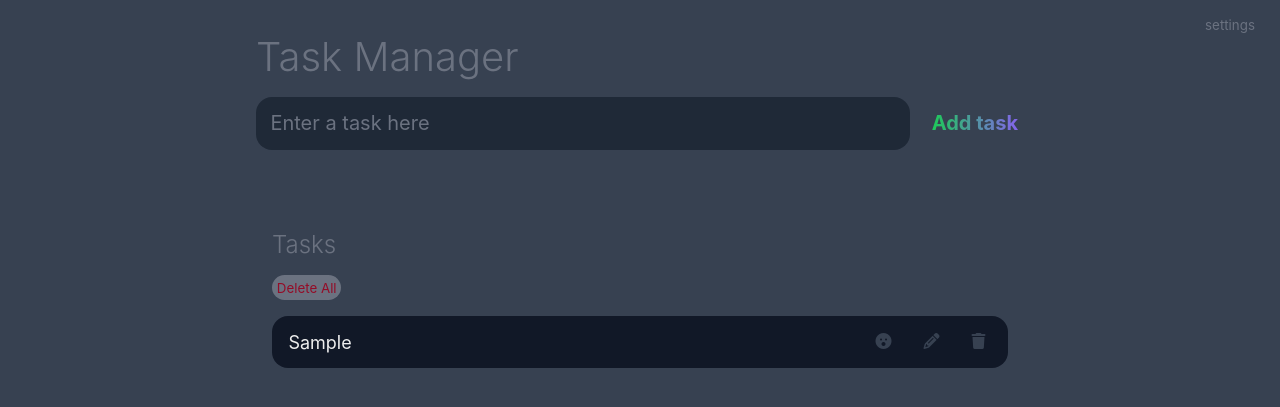
Repository: Herschenglime/todo-list-exercise
Page: index.html
The author's editor kept a copy of each file at every save. The page is drawn from the files as they stood at one save, then again after the next save.
The browser window is 1280 px wide. The pictures show the whole page.
Empty fields were first filled with sample values (such as "Sample", 5 or name@example.com).
After loading, the first visible `#new-task-form` was submitted once.
Some web libraries are served in a nearby version.

Above is the page before, as saved 2022-05-27 18:39:44.

### index.html
<!DOCTYPE html>
<html lang="en">
<head>
    <meta charset="UTF-8">
    <meta http-equiv="X-UA-Compatible" content="IE=edge">
    <meta name="viewport" content="width=device-width, initial-scale=1.0">
    <title>Task Manager</title>
    <link rel="stylesheet" href="sytles.css">
    <script src="https://kit.fontawesome.com/8f66459c5a.js" crossorigin="anonymous"></script>
</head>
<body>
    <nav class="navbar">
        <div class="navbar__container">
            <button id="settings" onclick="toggleSettings()"> settings </button>
        </div>
    </nav>

    <header>
        <h1>Task Manager</h1>
        <form id="new-task-form">
            <input
                type="text"
                id="new-task-input"
                placeholder="Enter a task here" />
            <input
                type="submit"
                id="new-task-submit"
                value="Add task" />
        </form>
    </header>

    <main>
        <section class="task-list">
            <h2>Tasks</h2>
            <div class="overall">
                <button id="delete_all">Delete All</button>
                <button id="print_all">Print All</button>
                <button id="drawTasks_button">drawTasks()</button>

            </div>

            <div id="tasks"></div>
        </section>

    <div class="popup" id="settings_popup">
        <div class="overlay" onclick="toggleSettings()"></div>
        <div class="content">
            <div class="close_button" onclick="toggleSettings()">&times;</div>
            <h1>Allow Duplicates?</h1>
            <p1>Automatically delete duplicate entries?</p1>
            <div class="buttons">
                <button id="toggle_duplicates" onclick="toggleDuplicates()">toggle duplicates</button>
                <button id="joke_button">tell me a joke</button>
            </div>
        </div>
    </div>

    <script src="app.js"></script>
</body>
</html>

### sytles.css
:root {
    --dark: #374151;
    --darker: #1f2937;
    --darkest: #111827;
    --gray: #6b7280;
    --light: #EEE;
    --pink: #EC4899;
    --purple: #8B5Cf6;
    --green: #16d14e;
    --red: rgb(148, 12, 39);
}

* {
    box-sizing: border-box;
    margin: 0;
    font-family: -apple-system, BlinkMacSystemFont, 'Segoe UI', Roboto, Oxygen, Ubuntu, Cantarell, 'Open Sans', 'Helvetica Neue', sans-serif;
}

body {
    display: flex;
    flex-direction: column;
    min-height: 100vh;
    background: var(--dark);
    color: white;
}

header {
    padding: 2rem 1rem;
    max-width: 800px;
    width: 100%;
    margin: 0 auto;
}

header h1 {
    font-size: 2.5rem;
    font-weight: 300;
    color: var(--gray);
    margin-bottom: 1rem;
}

#new-task-form {
    display: flex;
}

input, button {
    appearance: none;
    border: none;
    outline: none;
    background: none;
}

#new-task-input {
    flex: 1 1 0%;
    background-color: var(--darker);
    padding: .9rem;
    border-radius: 1rem;
    margin-right: 1rem;
    color: var(--light);
    font-size: 1.25rem;
}

#new-task-input::placeholder {
    color: var(--gray);
}

#new-task-submit {
    color: var(--green);
    font-size: 1.25rem;
    font-weight: 700;
    background-image: linear-gradient(to right, var(--green), var(--purple));
    -webkit-background-clip: text;
    background-clip: text;
    -webkit-text-fill-color: transparent;
    cursor: pointer;
}

#new-task-submit:hover {
    opacity: 0.8;
}

#new-task-submit:active {
    opacity: 0.67;
}

#settings {
    color: var(--gray);
    position: absolute;
    margin-top: 1rem;
    right: 0px;
    width: 100px;
    cursor: pointer;
}

#settings:hover {
    opacity: 0.8;
}

#settings:active {
    opacity: 0.67;
}

.popup .overlay {
    position:fixed;
    top: 0rem;
    left: 0rem;
    width: 100vw;
    height: 100vh;
    background: rgba(0, 0, 0, 0.7);
    z-index: 1;
    display: none;
}

.popup .content {
    position: absolute;
    top: 50%;
    left: 50%;
    transform: translate(-50%, -50%) scale(0);
    background: var(--gray);
    width: 35rem;
    height: 43rem;
    z-index: 2;
    text-align: center;
    padding: 2rem;
    box-sizing: border-box;
}

.popup .close_button {
    cursor: pointer;
    position: absolute;
    right: 1.5rem;
    top: 1.5rem;
    width: 2rem;
    height: 2rem;
    background: var(--darker);
    color: var(--white);
    font-size: 1.5rem;
    font-weight: .6rem;
    line-height: 2rem;
    text-align: center;
}

.popup.active .overlay {
    display:block;
}

.popup.active .content {
    transition: all 85ms ease-in-out;
    transform: translate(-50%, -50%) scale(1);
}

.popup .content .buttons #toggle_duplicates,#joke_button{
    border-radius: 1rem;
    background-color: var(--darker);
    color: var(--light);
    margin-top: 1rem;
    padding: .5rem;
    cursor: pointer;
    display: block;
    justify-content: center;
    align-items: center;

}


.overall #delete_all {
    color: var(--red);
    background-color: var(--gray);
    padding: .3rem;
    border-radius: .8rem;
    margin-right: .5rem;
    margin-bottom: 1rem;
    cursor: pointer;
}

.overall #delete_all:hover {
    opacity: 0.8;
}

.overall #delete_all:active {
    opacity: 0.67;
}
.overall #print_all {
    color: var(--green);
    background-color: var(--gray);
    padding: .3rem;
    border-radius: .8rem;
    margin-bottom: 1rem;
    cursor: pointer;
    display: none;
}

.overall #print_all:hover {
    opacity: 0.8;
}

.overall #print_all:active {
    opacity: 0.67;
}

.overall #drawTasks_button {
    color: yellow;
    background-color: var(--gray);
    padding: .3rem;
    border-radius: .8rem;
    margin-bottom: 1rem;
    margin-left: .5rem;
    cursor: pointer;
    display: none;
}

.overall #drawTasks_button:hover {
    opacity: 0.8;
}

.overall #drawTasks_button:active {
    opacity: 0.67;
}

main {
    flex: 1 1 0%;
    padding: 2rem 1rem;
    max-width: 800px;
    width: 100%;
    margin: 0 auto;
}

.task-list {
    padding: 1rem;
}

.task-list h2 {
    font-size: 1.5rem;
    font-weight: 300;
    color: var(--gray);
    margin-bottom: 1rem;
}

#tasks .task {
    display: flex;
    justify-content: space-between;
    background-color: var(--darkest);
    padding: .9rem;
    border-radius: 1rem;
    margin-bottom: 1rem;
}

#tasks .task .content {
    flex: 1 1 0%;
}

#tasks .task .content .text {
    color: var(--light);
    font-size: 1.125rem;
    width: 100%;
    display: block;
}

#tasks .task .content .text:not(:read-only) {
    color: var(--green);
}

#tasks .task .actions {
    display: flex;
    margin: 0 -0.5rem;
}

.task .actions button {
    cursor: pointer;
    margin: 0 0.5rem;
    font-size: 1.125rem;
    font-weight: 700;
    text-transform: uppercase;
}

.task .actions button:hover {
    opacity: 0.8;
}

.task .actions button:active {
    opacity: 0.67;
}

.task .actions .edit {
    color: var(--gray);
}

.task .actions .delete {
    color: var(--red);
}

.fa-face-surprise {
    color: var(--dark);
    margin-left: 1rem;
    margin-right: 1rem;
    cursor: pointer;
}

.fa-face-surprise:hover {
    opacity: 0.5;
    color: var(--light);
}

.fa-face-surprise:active {
    opacity: 0.67;
}

.fa-pencil {
    color: var(--dark);
    margin-left: 1rem;
    margin-right: 1rem;
    cursor: pointer;
}


.fa-pencil:hover {
    opacity: 0.5;
    color: var(--light);
}

.fa-pencil:active {
    opacity: 0.67;
}

.fa-trash {
    color: var(--dark);
    margin-left: 1rem;
    margin-right: 1rem;
    cursor: pointer;
}

.fa-trash:hover {
    opacity: 0.8;
    color: var(--red);
}

.fa-trash:active {
    opacity: 0.67;
}

### app.js
var allowDuplicates = true;

window.addEventListener('load', () => {
    const form = document.querySelector("#new-task-form");
    const input = document.querySelector("#new-task-input");
    const delete_all = document.querySelector("#delete_all");
    const print_all = document.querySelector("#print_all");
    const draw_tasks = document.querySelector("#drawTasks_button");

    // array that stores all tasks in easily-accessible format, but that doesn't save upon page refresh
    let tasks = [];

    // Each task has its own HTML element, this function handles creating each element with a forEach() loop. Function also refreshes all displayed tasks when called (refreshes task list)
    function drawTasks() {

        // refresh task array based on local storage
        try {
            tasks = [];
            JSON.parse(localStorage.tasks).forEach((task) => {
                tasks.push(task);
            })
        } catch (e) {
            console.log("caught error likely due to localStorage.tasks being empty. Is this an issue?")
            // HERE IS HOW TO TELL IF THERE ARE NO TASKS
        }

        // delete all drawn tasks (prevents dupplication of drawn tasks)
        try {
            document.querySelectorAll('.task').forEach((drawnTask) => {
                drawnTask.remove();
            })
        } catch (e) {
            console.log("Failed to delete drawn tasks.")
            console.log(e)
        }

        // draw each task
        try {
            tasks.forEach((task) => {
                const list_el = document.querySelector("#tasks");

                // creates tasks
                const task_el = document.createElement("div");
                task_el.classList.add("task");
                task_el.id = task.id;

                const task_content_el = document.createElement("div");
                task_content_el.classList.add("content");

                task_el.appendChild(task_content_el);

                const task_input_el = document.createElement("input");
                task_input_el.classList.add("text");
                task_input_el.type = "text";

                // determines the displayed text
                task_input_el.value = task.taskName;
                task_input_el.setAttribute("readonly", "readonly");

                task_content_el.appendChild(task_input_el);

                // creates buttons (required to display)
                const task_actions_el = document.createElement("div");
                task_actions_el.classList.add("actions");


                const task_emoji_el = document.createElement("button");
                task_emoji_el.classList.add("emoji");
                task_emoji_el.innerHTML = "emoji";

                const task_emoji_icon = document.createElement("i");
                // creates the icon (this code is found at fontawesome.com)
                task_emoji_icon.innerHTML = '<i class="fa-solid fa-face-surprise"></i>';


                const task_edit_el = document.createElement("button");
                task_edit_el.classList.add("edit");
                task_edit_el.innerHTML = "Edit";

                const task_edit_icon = document.createElement("i");
                // creates the icon (this code is found at fontawesome.com)
                task_edit_icon.innerHTML = '<i class="fa-solid fa-pencil"></i>';

                const task_delete_icon = document.createElement("i");
                task_delete_icon.innerHTML = '<i class="fa-solid fa-trash""></i>';

                task_actions_el.appendChild(task_emoji_icon);
                task_actions_el.appendChild(task_edit_icon);
                task_actions_el.appendChild(task_delete_icon);

                task_el.appendChild(task_actions_el);

                list_el.appendChild(task_el);

                // edit button functionality
                task_edit_icon.addEventListener('click', () => {
                    task_input_el.removeAttribute("readonly");
                    task_input_el.focus();

                    document.addEventListener('keydown', function(event){
                        if(event.key === "Enter"){
                            task_input_el.setAttribute("readonly", "readonly")

                            tasks[getIndexById(task_el.id)].taskName = task_input_el.value;
                            localStorage.setItem("tasks", JSON.stringify(tasks));

                            drawTasks();
                        }
                    });
                });

                // delete button functionality
                task_delete_icon.addEventListener('click', () => {
                        var tempLocalStorageDelete = JSON.parse(localStorage.getItem("tasks"));

                        tempLocalStorageDelete.splice(getIndexById(task_el.id), 1);

                        localStorage.setItem("tasks", JSON.stringify(tempLocalStorageDelete))

                        drawTasks();
                    });
                })

        } catch (e) {
            console.log("failed to draw tasks, error:");
            console.log(e);
        }
    };

    // drawTasks when page is first loaded
    drawTasks();

    // adding tasks
    form.addEventListener('submit', (e) => {
        e.preventDefault();

        // prevent duplicates (if enabled)
        var tempDupToggle;
        tasks.forEach((task) => {
            if (task.taskName == input.value && !allowDuplicates) {
                alert("duplicate task entered!")
                input.value = "";
                tempDupToggle = true;
                return;
            }
        })

        // prevent blank tasks
        if (!input.value) {
            if (tempDupToggle) {
                tempDupToggle = !tempDupToggle;
                return;
            }
            alert("no text entered");
            return;
        }

        // create task object
        const taskObj = {
            taskName:input.value,
            status:"TEMP",
            id: Math.floor(Date.now() + Math.random()),
            priority: "TEMP"
        }

       // append individual task to tasks array, then update localStorage to match
        tasks.push(taskObj);
        localStorage.setItem("tasks", JSON.stringify(tasks));

        // clear input field
        input.value = "";

        // refresh tasks by calling drawTask function so that new task is displayed
        drawTasks();

    });

    // delete_all functionality
    delete_all.addEventListener('click', () => {
        console.log("Local storage cleared.");
        localStorage.clear();
        drawTasks();
    });

    // print all functionality
    print_all.addEventListener('click', () => {
        try {
            console.log("session tasks array:")
            console.log(tasks)
            console.log("local storage:")
            console.log(JSON.parse(localStorage.tasks))
            console.log("========")
        } catch (e) {
            console.log("No tasks in local storage.")
        }
    });

    // drawTasks dev button functionality
    draw_tasks.addEventListener('click', () => {
        drawTasks();
    });

});

// temp settings popup functionality
function toggleSettings() {
    document.getElementById("settings_popup").classList.toggle("active");
}

// allow user to use escape to toggle settings (note that this should be updated as it's currently constantly checking for escape, it should only check when the settings is opened)
document.addEventListener('keydown', function(event){
	if(event.key === "Escape"){
        document.getElementById("settings_popup").classList.toggle("active");
	}
});

function toggleDuplicates() {
    console.log("user wants to toggle duplicates!")
    allowDuplicates = !allowDuplicates;
    console.log(allowDuplicates)
}

// my saving-grace function that I somehow was able to figure out at 3:30 AM
function getIndexById(Id) {
    var tempLocalStorage = JSON.parse(localStorage.getItem("tasks"))
    var target;

    for (var i = 0; i < tempLocalStorage.length; i++) {
        var item = tempLocalStorage[i];
        if (item.id == Id) {
            target = i;
        }
    }
    return target;
}


// gpt-j fetch request for joke button
function testAPI() {
    fetch("https://api.ai21.com/studio/v1/j1-jumbo/complete", {
      headers: {
        "Authorization": "Bearer X9U5ZKe7tI7oe5ni0zPLyIUo3w19xJCS",
        "Content-Type": "application/json"
      },
      body: JSON.stringify({
          "prompt": "Joke: ",
          "numResults": 1,
          "maxTokens": 64,
          "temperature": 0.7,
          "topKReturn": 0,
          "topP":1,
          "countPenalty": {
            "scale": 0,
            "applyToNumbers": false,
            "applyToPunctuations": false,
            "applyToStopwords": false,
            "applyToWhitespaces": false,
            "applyToEmojis": false
          },
          "frequencyPenalty": {
            "scale": 0,
            "applyToNumbers": false,
            "applyToPunctuations": false,
            "applyToStopwords": false,
            "applyToWhitespaces": false,
            "applyToEmojis": false
          },
          "presencePenalty": {
            "scale": 0,
            "applyToNumbers": false,
            "applyToPunctuations": false,
            "applyToStopwords": false,
            "applyToWhitespaces": false,
            "applyToEmojis": false
          },
          "stopSequences":["\n"]
        }),
      method: "POST"
    }).then(response => response.json()).then(data => {
        alert(data.completions[0].data.text)
    });
}

After the next save:
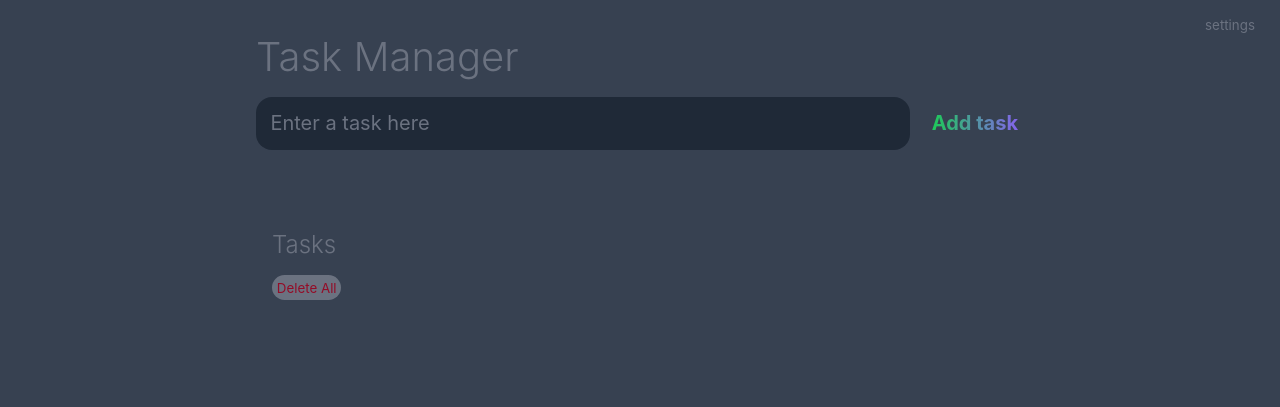
Saved 6 min 56 s later.
--- a/app.js
+++ b/app.js
@@ -62,16 +62,6 @@
                 // creates buttons (required to display)
                 const task_actions_el = document.createElement("div");
                 task_actions_el.classList.add("actions");
-
-
-                const task_emoji_el = document.createElement("button");
-                task_emoji_el.classList.add("emoji");
-                task_emoji_el.innerHTML = "emoji";
-
-                const task_emoji_icon = document.createElement("i");
-                // creates the icon (this code is found at fontawesome.com)
-                task_emoji_icon.innerHTML = '<i class="fa-solid fa-face-surprise"></i>';
-
 
                 const task_edit_el = document.createElement("button");
                 task_edit_el.classList.add("edit");

After the save that followed:
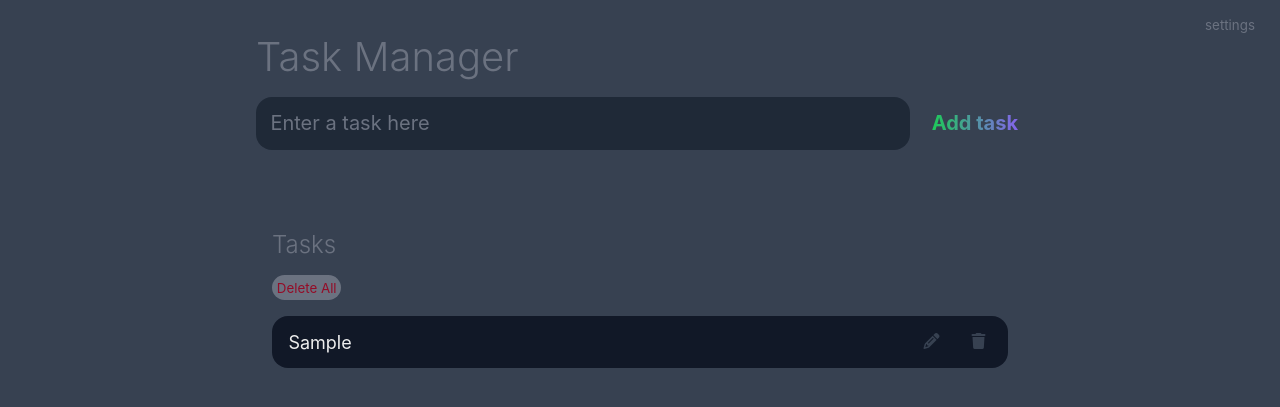
Saved 5 s later.
--- a/app.js
+++ b/app.js
@@ -74,7 +74,6 @@
                 const task_delete_icon = document.createElement("i");
                 task_delete_icon.innerHTML = '<i class="fa-solid fa-trash""></i>';
 
-                task_actions_el.appendChild(task_emoji_icon);
                 task_actions_el.appendChild(task_edit_icon);
                 task_actions_el.appendChild(task_delete_icon);
 
